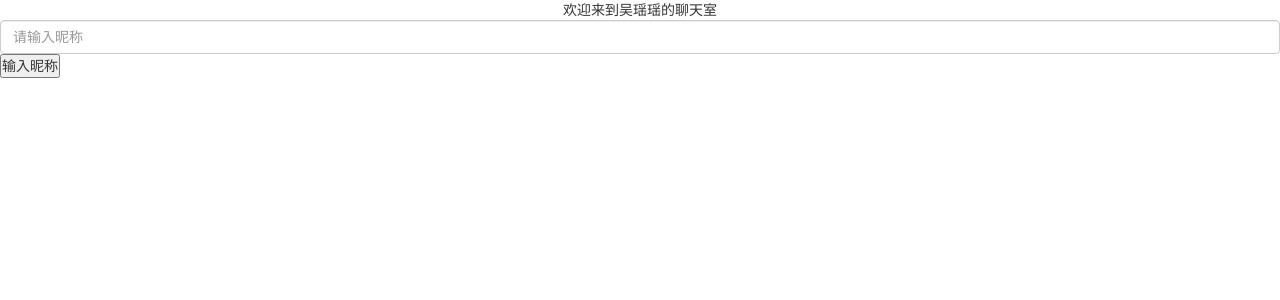
Repository: wyy511/node-socket.io
Page: client.html
These files come from the project's save history. The page is drawn as it stood at one moment and after the next save; the edit follows.
The browser window is 1280 px wide. The pictures show the whole page.
The page's requests for data from a server got no answer. Some web libraries are served in a nearby version.

Above is the page before, as saved 2019-11-20 23:32:48.
Console error (its wording comes from the project's code and is left out).

After the next save:
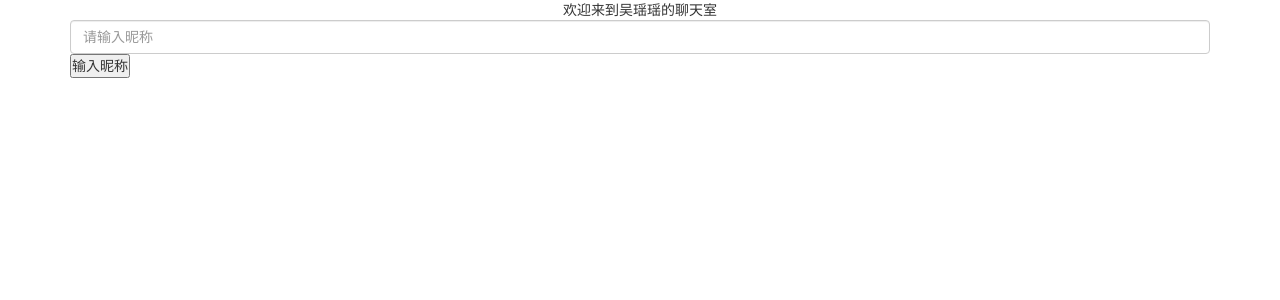
Saved 101 s later.
--- a/client.html
+++ b/client.html
@@ -27,14 +27,17 @@
     <header>
       <div class="title">欢迎来到吴瑶瑶的聊天室</div>
     </header>
-  </div>
-  <div id="nameBox">
-    <input id="name" class="form-control" type="text" placeholder="请输入昵称">
-    <button id="nameBtn">输入昵称</button>
-  </div>
-  <div id="msgBox">
-    <input id="msg" onkeydown="enterChart(event)" />
-    <button id="msgBtn" onclick="sendChart()">发送内容</button>
+    <article>
+      <div id="nameBox">
+        <input id="name" class="form-control" type="text" placeholder="请输入昵称">
+        <button id="nameBtn">输入昵称</button>
+      </div>
+      <div id="msgBox">
+        <input id="msg" onkeydown="enterChart(event)" />
+        <button id="msgBtn" onclick="sendChart()">发送内容</button>
+      </div>
+    </article>
+    <footer></footer>
   </div>
   <script type="text/javascript" src="https://cdn.bootcss.com/socket.io/2.3.0/socket.io.js"></script>
   <script type="text/javascript">
